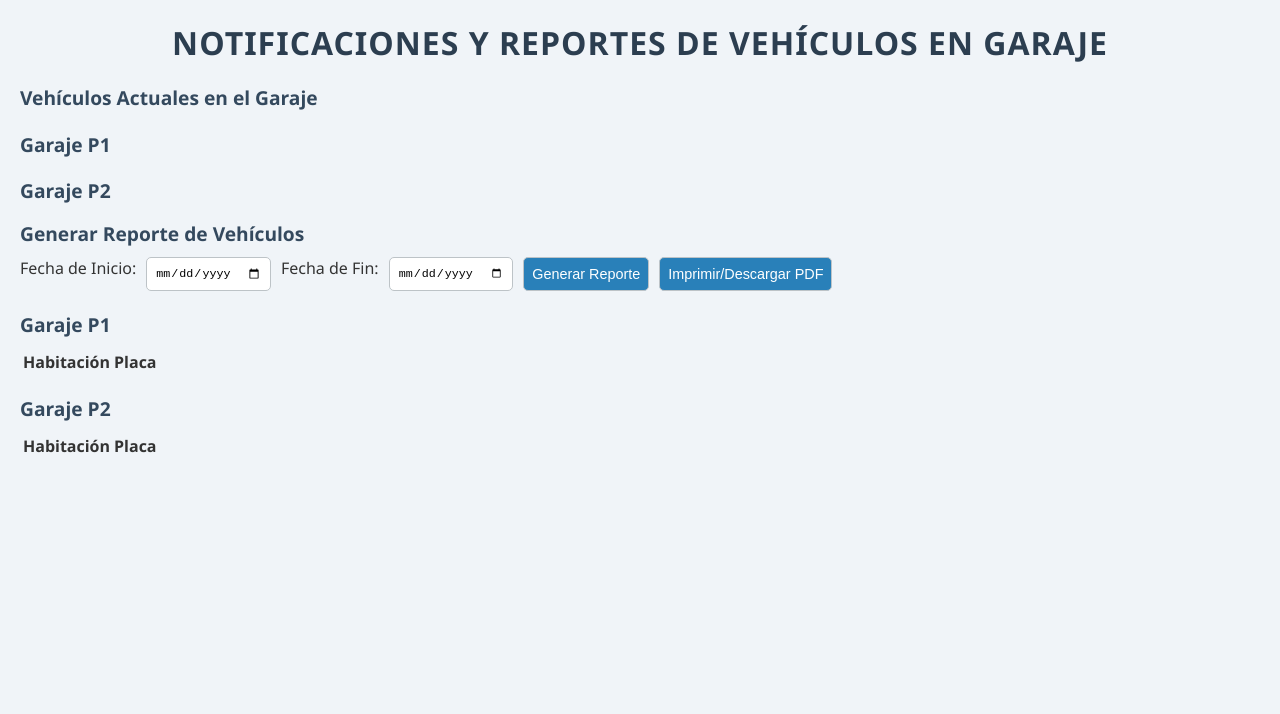
Repository: EddyWebz/REPOSITORIO-BASE-DATOS
Page: privado/report.html
An editor plug-in stored every save of this project. The page is shown before and after the next save, followed by the edit.
The browser window is 1280 px wide. The pictures show the whole page.
The page's requests for data from a server got no answer.

Above is the page before, as saved 2024-08-15 11:35:18.

### privado/report.html
<!DOCTYPE html>
<html lang="es">
<head>
    <meta charset="UTF-8">
    <meta name="viewport" content="width=device-width, initial-scale=1.0">
    <title>Notificaciones y Reportes de Vehículos</title>
    <!-- Vinculación al archivo CSS de notificaciones -->
    <link rel="stylesheet" href="/notif.css">
</head>
<body>
    <!-- Encabezado de la página -->
    <header>
        <h1>Notificaciones y Reportes de Vehículos en Garaje</h1>
    </header>

    <!-- Sección de Notificaciones Activas -->
    <section id="notificaciones">
        <h2>Vehículos Actuales en el Garaje</h2>
        <h3>Garaje P1</h3>
        <div id="notificaciones-contenedor-P1">
            <!-- Las notificaciones dinámicas de P1 se insertarán aquí -->
        </div>
        <h3>Garaje P2</h3>
        <div id="notificaciones-contenedor-P2">
            <!-- Las notificaciones dinámicas de P2 se insertarán aquí -->
        </div>
    </section>

    <!-- Sección de Reportes -->
    <section id="reportes">
        <h2>Generar Reporte de Vehículos</h2>
        <form id="form-reporte">
            <label for="fecha-inicio">Fecha de Inicio:</label>
            <input type="date" id="fecha-inicio" name="fecha-inicio" required>

            <label for="fecha-fin">Fecha de Fin:</label>
            <input type="date" id="fecha-fin" name="fecha-fin" required>

            <button type="submit">Generar Reporte</button>
            <!-- Botón de Imprimir -->
    <button type="button" id="btn-imprimir">Imprimir/Descargar PDF</button>
        </form>

        <h3>Garaje P1</h3>
        <table id="tabla-reporte-P1">
            <thead>
                <tr>
                    <th>Habitación</th>
                    <th>Placa</th>
                </tr>
            </thead>
            <tbody>
                <!-- Las filas de datos se insertarán dinámicamente aquí -->
            </tbody>
        </table>

        <h3>Garaje P2</h3>
        <table id="tabla-reporte-P2">
            <thead>
                <tr>
                    <th>Habitación</th>
                    <th>Placa</th>
                </tr>
            </thead>
            <tbody>
                <!-- Las filas de datos se insertarán dinámicamente aquí -->
            </tbody>
        </table>
    </section>

    <!-- Vinculación al archivo JavaScript de notificaciones y reportes -->
    <script src="/report.js"></script>
</body>
</html>

### BASE-2/notif.css
/* Estilos Generales */
body {
    font-family: 'Segoe UI', Tahoma, Geneva, Verdana, sans-serif;
    background-color: #f0f4f8;
    color: #333;
    margin: 20px;
    padding: 0;
    box-sizing: border-box;
}

/* Encabezado */
header h1 {
    text-align: center;
    color: #2c3e50;
    font-size: 2em;
    margin-bottom: 20px;
    text-transform: uppercase;
    letter-spacing: 1px;
    animation: fadeIn 1s ease-in-out;
}

/* Sección de Notificaciones */
#notificaciones h2, #notificaciones h3 {
    color: #34495e;
    margin-bottom: 10px;
    font-size: 1.2em;
    animation: fadeIn 1s ease-in-out;
}

.garaje {
    display: flex;
    flex-direction: column;
    margin-bottom: 20px;
}

.notificaciones-contenedor {
    display: flex;
    flex-wrap: wrap;
    gap: 10px;
    animation: slideInUp 0.5s ease-in-out;
}

.notificacion {
    background-color: #ffffff;
    border-left: 3px solid #2980b9;
    padding: 10px;
    box-shadow: 0 2px 4px rgba(0, 0, 0, 0.1);
    border-radius: 6px;
    width: calc(50% - 10px);  /* Ocupa la mitad del ancho disponible */
    transition: transform 0.3s ease, box-shadow 0.3s ease;
    cursor: pointer;
}

.notificacion:hover {
    transform: translateY(-3px);
    box-shadow: 0 4px 6px rgba(0, 0, 0, 0.15);
}

/* Sección de Reportes */
#reportes h2, #reportes h3 {
    color: #34495e;
    margin-bottom: 10px;
    font-size: 1.2em;
    animation: fadeIn 1s ease-in-out;
}

#form-reporte {
    display: flex;
    flex-wrap: wrap;
    gap: 10px;
    margin-bottom: 20px;
}

.form-group {
    display: flex;
    flex-direction: column;
    flex: 1;
    min-width: 150px;
}

#form-reporte input, #form-reporte button {
    padding: 8px;
    border-radius: 5px;
    border: 1px solid #bdc3c7;
    font-size: 0.9em;
}

#form-reporte button {
    background-color: #2980b9;
    color: #ffffff;
    cursor: pointer;
    transition: background-color 0.3s ease, transform 0.3s ease;
}

#form-reporte button:hover {
    background-color: #3498db;
    transform: translateY(-2px);
}

/* Tablas de Reportes */
.compact-table {
    width: 100%;
    border-collapse: collapse;
    margin-bottom: 20px;
}

.compact-table th, .compact-table td {
    border: 1px solid #bdc3c7;
    padding: 8px;
    text-align: center;
    font-size: 0.9em;
    background-color: #ecf0f1;
    color: #2c3e50;
    transition: background-color 0.3s ease;
}

.compact-table th {
    background-color: #2980b9;
    color: white;
}

.compact-table tr:nth-child(even) {
    background-color: #f7f9f9;
}

.compact-table tr:hover {
    background-color: #e1ecf4;
}

/* Animaciones */
@keyframes fadeIn {
    0% { opacity: 0; }
    100% { opacity: 1; }
}

@keyframes slideInUp {
    0% {
        transform: translateY(30px);
        opacity: 0;
    }
    100% {
        transform: translateY(0);
        opacity: 1;
    }
}

/* Estilos específicos para impresión */
@media print {
    body {
        background-color: white; /* Asegura un fondo blanco para la impresión */
        color: black; /* Asegura que el texto sea negro */
    }

    #reportes h2, #reportes h3 {
        color: black; /* Asegura que los títulos sean visibles */
    }

    #reportes table {
        width: 100%;
        border-collapse: collapse;
    }

    #reportes th, #reportes td {
        border: 1px solid #000; /* Asegura que las líneas de la tabla sean visibles */
        padding: 8px;
        text-align: center;
        background-color: white; /* Fondo blanco para asegurar visibilidad */
        color: black; /* Texto negro para asegurar visibilidad */
    }

    #reportes th {
        background-color: #ddd; /* Fondo gris para los encabezados de tabla */
        color: black; /* Asegura que el texto sea visible */
    }

    #reportes td {
        color: black; /* Asegura que el texto sea visible */
    }

    /* Ocultar elementos no necesarios en la impresión */
    button, #form-reporte {
        display: none;
    }

    /* Ocultar la sección de notificaciones en la impresión */
    #notificaciones {
        display: none;
    }

    /* Asegurar que las tablas no se dividan entre páginas */
    #reportes {
        page-break-inside: avoid;
    }
}

### BASE-2/report.js
document.addEventListener('DOMContentLoaded', () => {
    actualizarNotificaciones();
    generarReporteAutomatico(); // Generar el reporte automáticamente al cargar la página
    configurarFormularioReporte(); // Mantener la funcionalidad manual del reporte

    // Configurar auto-actualización cada 5 minutos para notificaciones y reporte
    setInterval(actualizarNotificaciones, 5 * 60 * 1000);
    setInterval(generarReporteAutomatico, 5 * 60 * 1000);


// Función para obtener y actualizar las notificaciones activas
function actualizarNotificaciones() {
    fetch('/api/notas/notificaciones')
        .then(response => response.json())
        .then(data => {
            console.log('Notificaciones recibidas:', data); // Para depuración

            const contenedorP1 = document.getElementById('notificaciones-contenedor-P1');
            const contenedorP2 = document.getElementById('notificaciones-contenedor-P2');
            contenedorP1.innerHTML = ''; // Limpiar contenido previo
            contenedorP2.innerHTML = ''; // Limpiar contenido previo

            data.P1.forEach(notificacion => {
                const div = document.createElement('div');
                div.classList.add('notificacion');
                div.innerHTML = `<p><strong>Habitación:</strong> ${notificacion.habitacion} <strong>Placa:</strong> ${notificacion.plate}</p>`;
                contenedorP1.appendChild(div);
            });

            data.P2.forEach(notificacion => {
                const div = document.createElement('div');
                div.classList.add('notificacion');
                div.innerHTML = `<p><strong>Habitación:</strong> ${notificacion.habitacion} <strong>Placa:</strong> ${notificacion.plate}</p>`;
                contenedorP2.appendChild(div);
            });
        })
        .catch(error => console.error('Error al obtener notificaciones:', error));
}

// Función para generar y actualizar el reporte automático de vehículos en garaje
function generarReporteAutomatico() {
    fetch('/api/notas/reportes')
        .then(response => response.json())
        .then(data => {
            console.log('Datos del reporte recibidos:', data); // Para depuración

            const tbodyP1 = document.getElementById('tabla-reporte-P1').querySelector('tbody');
            const tbodyP2 = document.getElementById('tabla-reporte-P2').querySelector('tbody');
            tbodyP1.innerHTML = ''; // Limpiar contenido previo
            tbodyP2.innerHTML = ''; // Limpiar contenido previo

            data.P1.forEach(registro => {
                const tr = document.createElement('tr');
                tr.innerHTML = `<td>${registro.habitacion}</td><td>${registro.plate}</td>`;
                tbodyP1.appendChild(tr);
            });

            data.P2.forEach(registro => {
                const tr = document.createElement('tr');
                tr.innerHTML = `<td>${registro.habitacion}</td><td>${registro.plate}</td>`;
                tbodyP2.appendChild(tr);
            });
        })
        .catch(error => console.error('Error al generar el reporte:', error));
}

// Función para configurar el formulario de generación de reportes manuales
function configurarFormularioReporte() {
    const form = document.getElementById('form-reporte');
    form.addEventListener('submit', (e) => {
        e.preventDefault();

        const fechaInicio = document.getElementById('fecha-inicio').value;
        const fechaFin = document.getElementById('fecha-fin').value;

        fetch(`/api/notas/reportes?fechaInicio=${fechaInicio}&fechaFin=${fechaFin}`)
            .then(response => response.json())
            .then(data => {
                console.log('Datos del reporte recibidos:', data); // Para depuración

                const tbodyP1 = document.getElementById('tabla-reporte-P1').querySelector('tbody');
                const tbodyP2 = document.getElementById('tabla-reporte-P2').querySelector('tbody');
                tbodyP1.innerHTML = ''; // Limpiar contenido previo
                tbodyP2.innerHTML = ''; // Limpiar contenido previo

                data.P1.forEach(registro => {
                    const tr = document.createElement('tr');
                    tr.innerHTML = `<td>${registro.habitacion}</td><td>${registro.plate}</td>`;
                    tbodyP1.appendChild(tr);
                });

                data.P2.forEach(registro => {
                    const tr = document.createElement('tr');
                    tr.innerHTML = `<td>${registro.habitacion}</td><td>${registro.plate}</td>`;
                    tbodyP2.appendChild(tr);
                });
            })
            .catch(error => console.error('Error al generar el reporte:', error));
    });
}


    // Configurar botón de impresión/descarga
    document.getElementById('btn-imprimir').addEventListener('click', imprimirReporte);
});

// Función para imprimir o descargar el reporte como PDF
function imprimirReporte() {
    // Verificar si la página ya ha sido recargada
    if (!window.location.hash) {
        window.location = window.location + '#imprimir';
        window.location.reload();
    } else {
        // Si ya ha sido recargada, procede a imprimir
        window.print();
    }
}

After the next save:
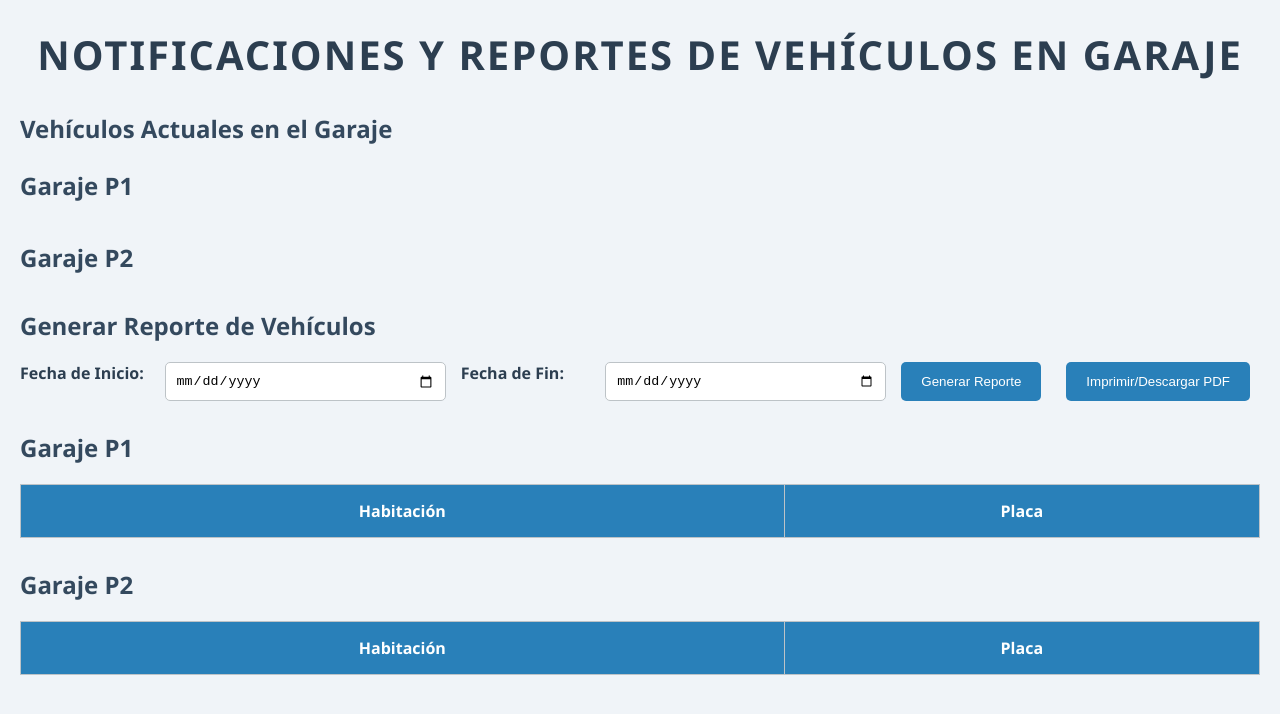
Saved 114 s later.
--- a/BASE-2/notif.css
+++ b/BASE-2/notif.css
@@ -12,118 +12,118 @@ body {
 header h1 {
     text-align: center;
     color: #2c3e50;
-    font-size: 2em;
-    margin-bottom: 20px;
+    font-size: 2.5em;
+    margin-bottom: 30px;
     text-transform: uppercase;
-    letter-spacing: 1px;
-    animation: fadeIn 1s ease-in-out;
+    letter-spacing: 2px;
+    animation: fadeIn 1.5s ease-in-out;
 }
 
 /* Sección de Notificaciones */
 #notificaciones h2, #notificaciones h3 {
     color: #34495e;
-    margin-bottom: 10px;
-    font-size: 1.2em;
-    animation: fadeIn 1s ease-in-out;
-}
-
-.garaje {
-    display: flex;
-    flex-direction: column;
-    margin-bottom: 20px;
-}
-
-.notificaciones-contenedor {
+    margin-bottom: 15px;
+    font-size: 1.5em;
+    animation: fadeIn 1.5s ease-in-out;
+}
+
+#notificaciones-contenedor-P1, #notificaciones-contenedor-P2 {
     display: flex;
     flex-wrap: wrap;
-    gap: 10px;
-    animation: slideInUp 0.5s ease-in-out;
+    gap: 20px;
+    animation: slideInUp 0.8s ease-in-out;
 }
 
 .notificacion {
     background-color: #ffffff;
-    border-left: 3px solid #2980b9;
-    padding: 10px;
-    box-shadow: 0 2px 4px rgba(0, 0, 0, 0.1);
-    border-radius: 6px;
-    width: calc(50% - 10px);  /* Ocupa la mitad del ancho disponible */
+    border-left: 5px solid #2980b9;
+    padding: 15px 20px;
+    box-shadow: 0 4px 6px rgba(0, 0, 0, 0.1);
+    border-radius: 8px;
+    width: calc(33.333% - 20px);
     transition: transform 0.3s ease, box-shadow 0.3s ease;
     cursor: pointer;
 }
 
 .notificacion:hover {
-    transform: translateY(-3px);
-    box-shadow: 0 4px 6px rgba(0, 0, 0, 0.15);
+    transform: translateY(-5px);
+    box-shadow: 0 8px 12px rgba(0, 0, 0, 0.2);
 }
 
 /* Sección de Reportes */
 #reportes h2, #reportes h3 {
     color: #34495e;
-    margin-bottom: 10px;
-    font-size: 1.2em;
-    animation: fadeIn 1s ease-in-out;
+    margin-bottom: 20px;
+    font-size: 1.5em;
+    animation: fadeIn 1.5s ease-in-out;
 }
 
 #form-reporte {
     display: flex;
     flex-wrap: wrap;
-    gap: 10px;
-    margin-bottom: 20px;
-}
-
-.form-group {
-    display: flex;
-    flex-direction: column;
+    gap: 15px;
+    margin-bottom: 30px;
+}
+
+#form-reporte label {
+    font-weight: bold;
+    color: #2c3e50;
     flex: 1;
-    min-width: 150px;
-}
-
-#form-reporte input, #form-reporte button {
-    padding: 8px;
+    min-width: 100px;
+}
+
+#form-reporte input {
+    padding: 10px;
     border-radius: 5px;
     border: 1px solid #bdc3c7;
-    font-size: 0.9em;
+    flex: 2;
+    min-width: 200px;
 }
 
 #form-reporte button {
+    padding: 10px 20px;
     background-color: #2980b9;
     color: #ffffff;
+    border: none;
+    border-radius: 5px;
     cursor: pointer;
     transition: background-color 0.3s ease, transform 0.3s ease;
+    margin-right: 10px; /* Espacio entre botones */
 }
 
 #form-reporte button:hover {
     background-color: #3498db;
-    transform: translateY(-2px);
+    transform: translateY(-3px);
 }
 
 /* Tablas de Reportes */
-.compact-table {
+#tabla-reporte-P1, #tabla-reporte-P2 {
     width: 100%;
     border-collapse: collapse;
-    margin-bottom: 20px;
-}
-
-.compact-table th, .compact-table td {
+    margin-bottom: 30px;
+    animation: fadeIn 1.5s ease-in-out;
+}
+
+#tabla-reporte-P1 th, #tabla-reporte-P1 td,
+#tabla-reporte-P2 th, #tabla-reporte-P2 td {
     border: 1px solid #bdc3c7;
-    padding: 8px;
+    padding: 15px;
     text-align: center;
-    font-size: 0.9em;
     background-color: #ecf0f1;
     color: #2c3e50;
     transition: background-color 0.3s ease;
 }
 
-.compact-table th {
+#tabla-reporte-P1 th, #tabla-reporte-P2 th {
     background-color: #2980b9;
     color: white;
 }
 
-.compact-table tr:nth-child(even) {
+#tabla-reporte-P1 tr:nth-child(even), #tabla-reporte-P2 tr:nth-child(even) {
     background-color: #f7f9f9;
 }
 
-.compact-table tr:hover {
+#tabla-reporte-P1 tr:hover, #tabla-reporte-P2 tr:hover {
     background-color: #e1ecf4;
 }
 
@@ -142,6 +142,23 @@ header h1 {
         transform: translateY(0);
         opacity: 1;
     }
+}
+
+/* Estilos para los botones en el formulario */
+#form-reporte button {
+    padding: 10px 20px;
+    background-color: #2980b9;
+    color: #ffffff;
+    border: none;
+    border-radius: 5px;
+    cursor: pointer;
+    transition: background-color 0.3s ease, transform 0.3s ease;
+    margin-right: 10px; /* Espacio entre botones */
+}
+
+#form-reporte button:hover {
+    background-color: #3498db;
+    transform: translateY(-3px);
 }
 
 /* Estilos específicos para impresión */
